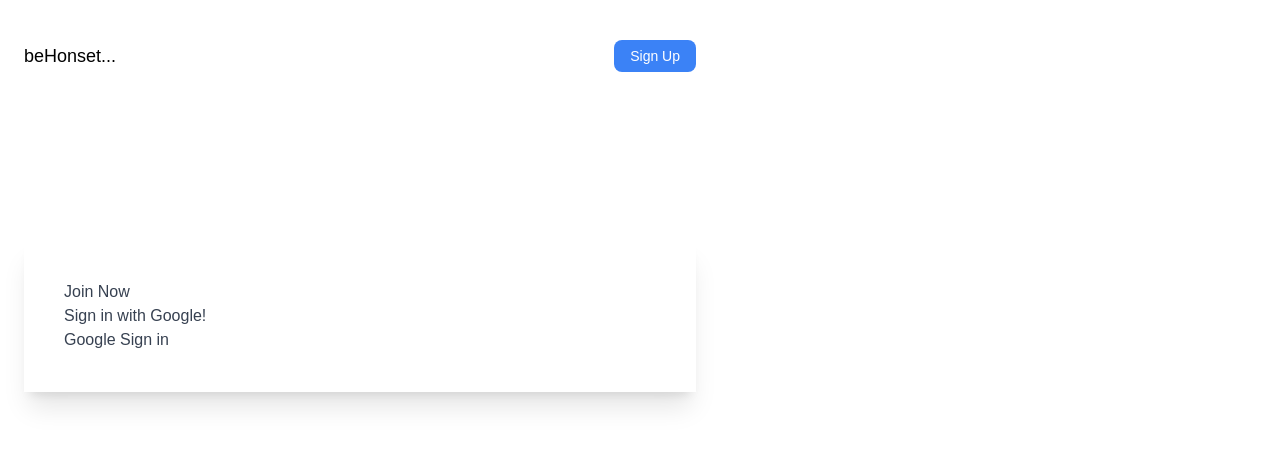
Repository: aidenfine/be-honset
Page: /login
The author's editor kept a copy of each file at every save. The page is drawn from the files as they stood at one save, then again after the next save.
The browser window is 1280 px wide. The pictures show the whole page.
The project was rebuilt for these pictures with package versions that can differ from the ones it lists, and the page was loaded fresh each time. The framework's server and built-in components were replaced by stand-ins that run in the browser. Also part of the build but not shown: next.config.js.

Above is the page before, as saved 2022-10-26 17:53:55.

### pages/_app.js
import '../styles/globals.css'
import Layout from '../components/layout'

function MyApp({ Component, pageProps }) {
  return(
    <Layout>
      <Component {...pageProps} />
    </Layout>

  )
}

export default MyApp

### pages/login.js
export default function Login(){
    return(
        <div className="shadow-xl mt-32 p-10 text-gray-700">
            <h2>Join Now</h2>
            <div>
                <h3>Sign in with Google!</h3>
                <button>Google Sign in</button>
            </div>
        </div>
    )
}

### styles/globals.css
@tailwind base;
@tailwind components;
@tailwind utilities;


* {
  font-family: 'Montserrat', sans-serif;
}

### components/layout.js
import Nav from "./Nav";

export default function Layout({ children }){
    return(
        <div className="mx-6 md:max-w-2xl md-mx-auto font-montserrat">
            <Nav />
            <main>{children}</main>
        </div>
    )
}

### components/Nav.js
import Link from "next/link"

export default function Nav(){

    return(
        <nav className="flex justify-between items-center py-10">
            <Link href="/">
            <button className="text-lg font-medium">beHonset...</button>
            </Link>
            <ul className="flex items-center gap-10">
                <Link href={"/login"} className="py-1.5 px-4 text-sm bg-blue-500 text-white rounded-lg font-medium ml-8">Sign Up</Link>
            </ul>

        </nav>
    )
}

### tailwind.config.js
/** @type {import('tailwindcss').Config} */
module.exports = {
  content: [
    "./pages/**/*.{js,ts,jsx,tsx}",
    "./components/**/*.{js,ts,jsx,tsx}",
  ],
  darkMode: 'class',
  theme: {
    extend: {
      fontFamily: {
        montserrat: 'Montserrat',
      }
    },
  },
  plugins: [],
}

After the next save:
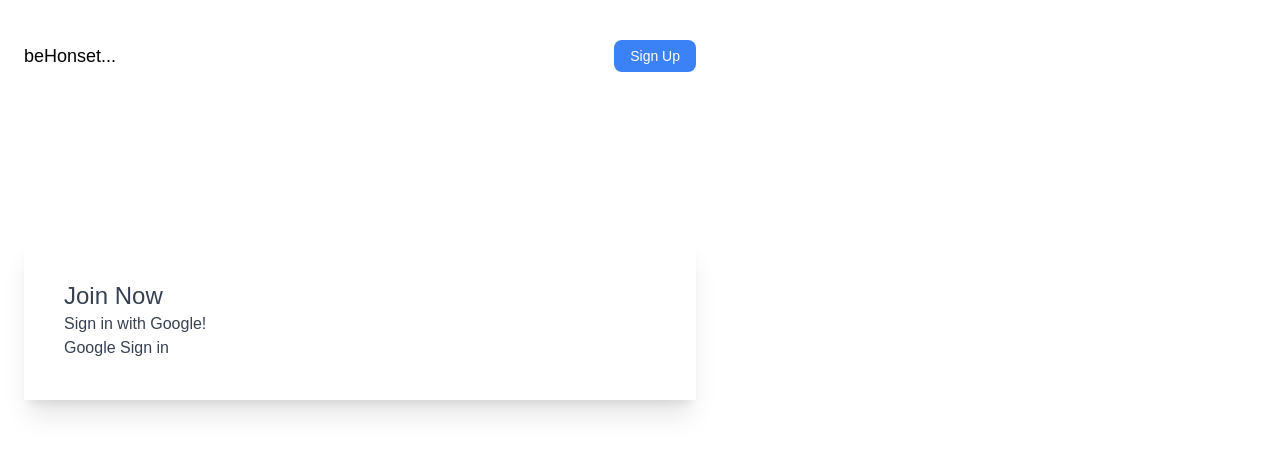
Saved 73 s later.
--- a/pages/login.js
+++ b/pages/login.js
@@ -1,7 +1,7 @@
 export default function Login(){
     return(
         <div className="shadow-xl mt-32 p-10 text-gray-700">
-            <h2>Join Now</h2>
+            <h2 className="text-2xl font-medium">Join Now</h2>
             <div>
                 <h3>Sign in with Google!</h3>
                 <button>Google Sign in</button>
